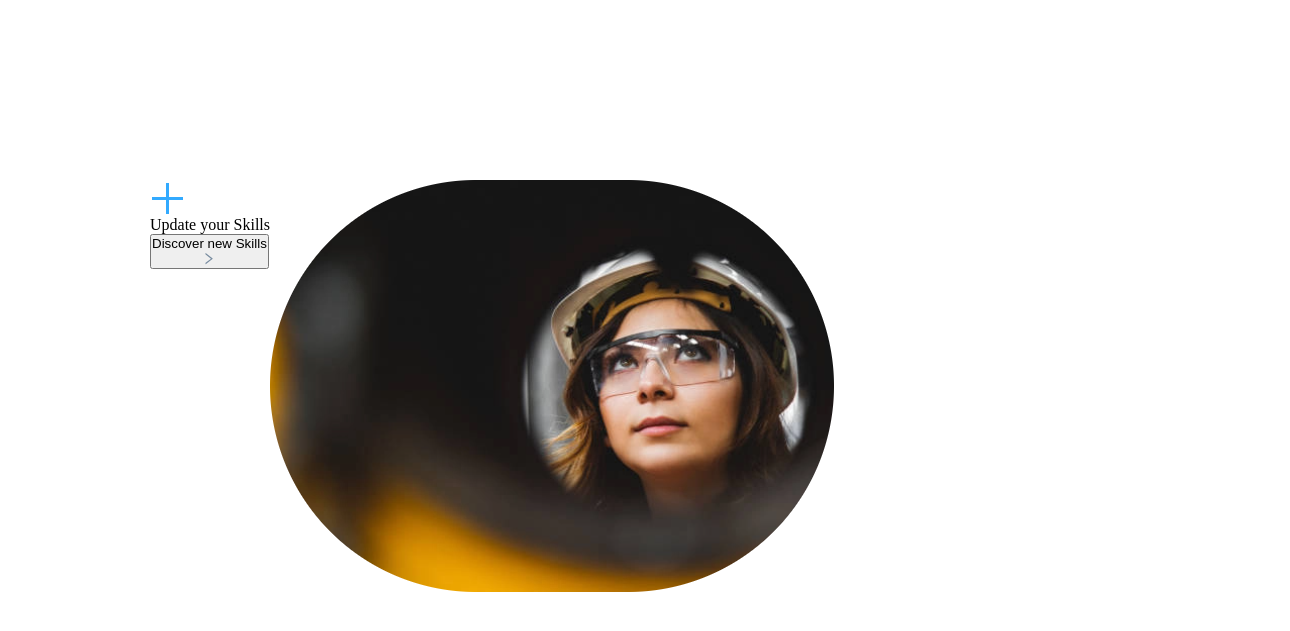
Repository: shekharyadav638/OSL_Assignment_1
Page: index.html
These files come from the project's save history. The page is drawn as it stood at one moment and after the next save; the edit follows.
The browser window is 1280 px wide. The page is 1290 px wide, so the pictures cover 1290 px, including what lies to the right of the window. The pictures show the whole page.
The style sheet was rebuilt from its Sass, Less or Tailwind sources for each picture, by a compiler version that may differ from the author's.

Above is the page before, as saved 2024-07-14 22:33:12.

### index.html
<!DOCTYPE html PUBLIC "-//W3C//DTD HTML 4.01 Transitional//EN" "http://www.w3.org/TR/html4/loose.dtd">
<html>
  <head>
    <meta http-equiv="Content-Type" content="text/html; charset=ISO-8859-1" />
    <title>Assignment 1</title>
    <link rel="stylesheet" href="style.css" />
    <link rel="preconnect" href="https://fonts.googleapis.com" />
    <link rel="preconnect" href="https://fonts.gstatic.com" crossorigin />
    <link
      href="https://fonts.googleapis.com/css2?family=Montserrat:ital,wght@0,100..900;1,100..900&display=swap"
      rel="stylesheet"
    />
  </head>
  <body>
    <!-- <header>
      <div class="header">
        <div class="header_left">
          <div class="header_left_logo"></div>
          <span class="header_left_title">Thinkin Blue</span>
        </div>
        <div class="header_right">
          <ul class="header_right_list">
            <li class="header_right_list_item">
              <a href="#">Home</a>
            </li>
            <li class="header_right_list_item"><a href="#">About Us</a></li>
            <li class="header_right_list_item"><a href="#">Work</a></li>
            <li class="header_right_list_item">
              <a href="#">ThinkinBlue Business</a>
            </li>
          </ul>
          <button class="header_right_btn">Login</button>
        </div>
      </div>
    </header>
    <section class="banner">
      <div class="banner_left">
       <p class="banner_left_text">The career network <br> for workers</p>
       <div class="banner_left_input">
        <input type="text" placeholder="Search Better Opportunites" class="banner_left_input_box"></input>
        <img src="img/location.svg" alt="location-icon" class="banner_left_input_icon">
       </div>
       <div class="banner_left_categories">
        <hr>
        <div class="banner_left_categories_title">100+ Job Opportunities</div>
        <div class="banner_left_categories_list">
          <div class="banner_left_categories_list_above">
            <div class="banner_left_categories_list_above_item"> Precision Production</div>
            <div class="banner_left_categories_list_above_item"> Helpers</div>
            <div class="banner_left_categories_list_above_item"> Front-line Supervisors</div>
            <div class="banner_left_categories_list_above_item"> Machine operators & Supervisors</div>
          </div>
          <div class="banner_left_categories_list_below">
            <div class="banner_left_categories_list_below_item"> Machine operators</div>
            <div class="banner_left_categories_list_below_item"> Handlers</div>
            <div class="banner_left_categories_list_below_item"> Transportation & moving occupations</div>
            <div class="banner_left_categories_list_below_item"> See all</div>
          </div>
        </div>
        <div >
          <button class="banner_left_categories_button">Join ThinkinBlue</button>
        </div>
       </div>
      </div>
      <div class="banner_right">
        <img src="img/banner_right.png" alt="banner_right" class="banner_right_img"></img>
      </div>
    </section>
    <section class="hiring">
      <div class="hiring_top">
        <div class="hiring_top_icon">
          <img src="img/plus_icon.svg" alt="plus_icon" />
        </div>
        <div class="hiring_top_heading">From the Community</div>
      </div>
      <div class="hiring_body">
        <div class="hiring_body_img">
          <img src="img/hiring.jpeg" alt="hiring" />
        </div>
        <div class="hiring_body_img">
          <img src="img/hiring.jpeg" alt="hiring" />
        </div>
        <div class="hiring_body_img">
          <img src="img/hiring.jpeg" alt="hiring" />
        </div>
        <div class="hiring_body_img">
          <img src="img/hiring.jpeg" alt="hiring" />
        </div>
      </div>
      <div class="hiring_footer">
        <div class="hiring_footer_slide">
          <div class="hiring_footer_slide_1"></div>
          <div class="hiring_footer_slide_2"></div>
          <div class="hiring_footer_slide_2"></div>
          <div class="hiring_footer_slide_2"></div>
        </div>
        <div class="hiring_footer_btn">
          <button>
            <div class="hiring_footer_btn_text">See more</div>
            <div class="hiring_footer_btn_icon">
              <img src="img/right_arrow.svg" alt="arrow" />
            </div>
          </button>
        </div>
      </div>
    </section>
    <section class="features">
      <div class="features_top">
        <div class="features_top_icon">
          <img src="img/plus_icon.svg" alt="plus_icon" />
        </div>
        <div class="features_top_heading">Features</div>
      </div>
      <div class="features_body">
        <div class="features_body_1">
          <div class="features_body_img">
            <img src="img/feature_1.png" alt="feature" />
          </div>
          <div class="features_body_text">Build Connections</div>
        </div>
        <div class="features_body_1">
          <div class="features_body_img">
            <img src="img/feature_2.png" alt="feature" />
          </div>
          <div class="features_body_text">Simple & Easy to Use</div>
        </div>
        <div class="features_body_1">
          <div class="features_body_img">
            <img src="img/feature_3.png" alt="feature" />
          </div>
          <div class="features_body_text">Built for Workers</div>
        </div>
        <div class="features_body_1">
          <div class="features_body_img">
            <img src="img/feature_4.png" alt="feature" />
          </div>
          <div class="features_body_text">Career Development</div>
        </div>
      </div>
    </section> -->
    <!-- <section class="group">
      <div class="group_top">
        <div class="group_top_icon">
          <img src="img/plus_icon.svg" alt="plus_icon" />
        </div>
        <div class="group_top_heading">Find a Group</div>
      </div>
      <div class="group_body">
        <div class="group_body_item">
          <div class="group_body_item_img"> <img src="img/group.png" alt="group" /></div>
          <div class="group_body_item_title">Front-line Supervisors</div>
          <div class="group_body_item_bottom">Front-line Supervisors</div>
          <div class="group_body_item_members">
            <img src="img/member.png" alt="member" class="group_body_item_members_img"></img>
            <div class="group_body_item_members_text">180 <span>users</span></div>
          </div>
          <button class="group_body_item_btn">CONNECT</button>
        </div>
        <div class="group_body_item">
          <div class="group_body_item_img"> <img src="img/group.png" alt="group" /></div>
          <div class="group_body_item_title">Front-line Supervisors</div>
          <div class="group_body_item_bottom">Front-line Supervisors</div>
          <div class="group_body_item_members">
            <img src="img/member.png" alt="member" class="group_body_item_members_img"></img>
            <div class="group_body_item_members_text">180 <span>users</span></div>
          </div>
          <button class="group_body_item_btn">CONNECT</button>
        </div>
        <div class="group_body_item">
          <div class="group_body_item_img"> <img src="img/group.png" alt="group" /></div>
          <div class="group_body_item_title">Front-line Supervisors</div>
          <div class="group_body_item_bottom">Front-line Supervisors</div>
          <div class="group_body_item_members">
            <img src="img/member.png" alt="member" class="group_body_item_members_img"></img>
            <div class="group_body_item_members_text">180 <span>users</span></div>
          </div>
          <button class="group_body_item_btn">CONNECT</button>
        </div>
        <div class="group_body_item">
          <div class="group_body_item_img"> <img src="img/group.png" alt="group" /></div>
          <div class="group_body_item_title">Front-line Supervisors</div>
          <div class="group_body_item_bottom">Front-line Supervisors</div>
          <div class="group_body_item_members">
            <img src="img/member.png" alt="member" class="group_body_item_members_img"></img>
            <div class="group_body_item_members_text">180 <span>users</span></div>
          </div>
          <button class="group_body_item_btn">CONNECT</button>
        </div>
      </div>
        <div class="group_footer_btn">
          <button>
            <div class="group_footer_btn_text">Explore Groups</div>
            <div class="group_footer_btn_icon">
              <img src="img/right_arrow.svg" alt="arrow" />
            </div>
          </button>
        </div>
      </div>
    </section> -->
    <!-- <section class="skills">
      <div class="skills_top">
        <div class="skills_top_icon">
          <img src="img/plus_icon.svg" alt="plus_icon" />
        </div>
        <div class="skills_top_heading">Update your Skills</div>
      </div>
      <div class="skills_body">
        <div class="skills_body_item">
          <div class="skills_body_item_title">Skill Name title long title (ABC)</div>
          <div class="skills_body_item_mid">
            <img src="img/path_7.svg" alt="member" class="group_body_item_mid_img"></img>
            <div class="skills_body_item_mid_text"><span>Recommended for you</span></div>
          </div>
          <div class="skills_body_item_para"><p>lorem ipsum doler set amet et color un seva doler set amet et color unacional.</p></div>
          <button class="skills_body_item_btn">CONNECT</button>
        </div>
        <div class="skills_body_item">
          <div class="skills_body_item_title">Skill Name title long title (ABC)</div>
          <div class="skills_body_item_mid">
            <img src="img/path_7.svg" alt="member" class="group_body_item_mid_img"></img>
            <div class="skills_body_item_mid_text"><span>Recommended for you</span></div>
          </div>
          <div class="skills_body_item_para"><p>lorem ipsum doler set amet et color un seva doler set amet et color unacional.</p></div>
          <button class="skills_body_item_btn">CONNECT</button>
        </div>
        <div class="skills_body_item">
          <div class="skills_body_item_title">Skill Name title long title (ABC)</div>
          <div class="skills_body_item_mid">
            <img src="img/path_7.svg" alt="member" class="group_body_item_mid_img"></img>
            <div class="skills_body_item_mid_text"><span>Recommended for you</span></div>
          </div>
          <div class="skills_body_item_para"><p>lorem ipsum doler set amet et color un seva doler set amet et color unacional.</p></div>
          <button class="skills_body_item_btn">CONNECT</button>
        </div>
        <div class="skills_body_item">
          <div class="skills_body_item_title">Skill Name title long title (ABC)</div>
          <div class="skills_body_item_mid">
            <img src="img/path_7.svg" alt="member" class="group_body_item_mid_img"></img>
            <div class="skills_body_item_mid_text"><span>Recommended for you</span></div>
          </div>
          <div class="skills_body_item_para"><p>lorem ipsum doler set amet et color un seva doler set amet et color unacional.</p></div>
          <button class="skills_body_item_btn">CONNECT</button>
        </div>
      </div>
        <div class="skills_footer_btn">
          <button>
            <div class="skills_footer_btn_text">Discover new Skills</div>
            <div class="skills_footer_btn_icon">
              <img src="img/right_arrow.svg" alt="arrow" />
            </div>
          </button>
        </div>
      </div>
    </section> -->
    <section class="career">
      <div class="career_left">
        <div class="career_left_top">
          <div class="career_left_top_icon">
            <img src="img/plus_icon.svg" alt="plus_icon" />
          </div>
          <div class="career_left_top_heading">Update your Skills</div>
        </div>
        <div class="career_left_para"></div>
        <div class="career_left_btn">
          <button>
            <div class="career_left_btn_text">Discover new Skills</div>
            <div class="career_left_btn_icon">
              <img src="img/right_arrow.svg" alt="arrow" />
            </div>
          </button>
        </div>
      </div>
      <div class="career_right">
        <img src="img/career.png" alt="career" />
      </div>
    </section>
  </body>
</html>

### style.scss
* {
  margin: 0;
  padding: 0;
}
.body {
  width: 1440px;
  opacity: 1;
  overflow-x: hidden;
}

@import "header";
@import "banner";
@import "hiring";
@import "features";
@import "group";
@import "skills";
@import "career";

### header.scss
.header {
  background: transparent;
  position: fixed;
  display: flex;
  align-content: center;
  width: 1140px;
  height: 86px;
  opacity: 1;
  margin: 16px 150px;
  &_left {
    align-items: center;
    display: flex;
    opacity: 1;

    &_logo {
      width: 52px;
      height: 52px;
      background: #ffffff 0% 0% no-repeat padding-box;
      opacity: 1;
    }

    &_title {
      padding-left: 5px;
      text-align: left;
      font: normal normal bold 21px/28px Segoe UI;
      width: 113px;
      height: 28px;
      letter-spacing: 0px;
      color: #150303;
      opacity: 1;
    }
  }

  &_right {
    margin-left: 261px;
    align-items: center;
    display: flex;
    gap: 66px;
    &_list {
      list-style: none;
      display: flex;
      gap: 76px;
      align-items: center;

      &_item {
        text-align: left;
        font: normal normal normal 14px/11px Montserrat;
        letter-spacing: 0px;
        padding: 17px 0;
        color: #ffffff;
        opacity: 1;
      }
    }
    &_btn {
      background: #ffc832 0% 0% no-repeat padding-box;
      border-radius: 4px;
      opacity: 1;
      padding: 8px 33px;
      text-align: left;
      font: normal normal 600 18px Montserrat;
      letter-spacing: 0px;
      color: #05416e;
      opacity: 1;
    }
  }
}

.banner {
  &_img {
    width: 100%;
    height: 100%;
    background-position: center;
  }
}

### _hiring.scss
.hiring {
  margin: 180px 150px;
  margin-bottom: 0;

  &_top {
    display: flex;
    flex-direction: column;
    width: 411px;
    margin-bottom: 60px;
    &_icon {
      width: 36px;
      height: 36px;
    }

    &_heading {
      margin-left: 36px;
      width: 375px;
      height: 40px;
      font: normal normal bold 40px/54px Adobe Caslon Pro;
      letter-spacing: 0px;
      color: #000000;
      opacity: 1;
    }
  }

  &_body {
    display: flex;
    justify-content: space-between;
    &_img {
      & img {
        width: 276px;
        height: 308px;
        border-radius: 4px;
        opacity: 1;
      }
    }
  }

  &_footer {
    margin-top: 60px;

    &_slide {
      display: flex;
      width: 180px;
      height: 10px;
      justify-content: space-between;
      margin-left: 480px;
      &_1 {
        width: 32px;
        height: 6px;
        background: #32aaff 0% 0% no-repeat padding-box;
        border-radius: 2px;
        opacity: 1;
      }
      &_2 {
        width: 32px;
        height: 6px;
        background: #05416e 0% 0% no-repeat padding-box;
        border-radius: 2px;
        opacity: 1;
      }
    }

    &_btn {
      margin-top: 20px;
      display: flex;
      align-items: center;
      justify-content: center;

      & button {
        width: 159px;
        height: 40px;
        background: #ffffff 0% 0% no-repeat padding-box;
        border: 1px solid #05416e;
        border-radius: 4px;
        opacity: 1;
        padding-left: 20px;
        padding-right: 20px;
        padding-top: 8.47px;
        display: flex;
        justify-content: space-between;
      }
      &_text {
        width: 88px;
        height: 22px;
        font: normal normal 600 18px/17px Montserrat;
        letter-spacing: 0px;
        color: #05416e;
      }
      &_icon {
        width: 16px;
        height: 16px;
      }
    }
  }
}

### _features.scss
.features {
  margin: 180px 150px;
  margin-bottom: 0;

  &_top {
    display: flex;
    flex-direction: column;
    width: 411px;
    margin-bottom: 60px;
    &_icon {
      width: 31px;
      height: 31px;
    }

    &_heading {
      margin-left: 36px;
      width: 144px;
      height: 40px;
      font: normal normal bold 40px/54px Adobe Caslon Pro;
      letter-spacing: 0px;
      color: #000000;
      opacity: 1;
    }
  }

  &_body {
    display: flex;
    justify-content: space-between;

    &_1 {
      width: 270px;
      height: 308px;
      background: #f5f5f5 0% 0% no-repeat padding-box;
      border-radius: 4px;
      opacity: 1;
    }

    &_img {
      margin-top: 50px;
      width: 110px;
      height: 110px;
      margin-left: 79px;
    }

    &_text {
      margin-top: 25px;
      text-align: center;
      font: normal normal bold 25px/30px Montserrat;
      letter-spacing: 0px;
      color: #05416e;
      opacity: 1;
      padding: 0px 52px;
    }
  }
}

### _group.scss
.group {
  margin: 180px 150px;
  margin-bottom: 0;

  &_top {
    display: flex;
    flex-direction: column;
    width: 411px;
    margin-bottom: 60px;
    &_icon {
      width: 36px;
      height: 36px;
    }

    &_heading {
      margin-left: 36px;
      width: 375px;
      height: 40px;
      font: normal normal bold 40px/54px Adobe Caslon Pro;
      letter-spacing: 0px;
      color: #000000;
      opacity: 1;
    }
  }

  &_body {
    display: flex;
    justify-content: space-between;

    &_item {
      height: 308px;
      width: 270px;
      &_img {
        & img {
          width: 270px;
          height: 153px;
          border-radius: 4px 4px 0px 0px;
          opacity: 1;
        }
      }
      &_title {
        width: 209px;
        height: 22px;
        font: normal normal bold 16px/24px Montserrat;
        letter-spacing: 0px;
        color: #000000;
        opacity: 1;
        margin-top: 15px;
      }

      &_bottom {
        height: 13px;
        font: normal normal normal 10px Montserrat;
        letter-spacing: 0px;
        color: #d0b6b6;
        opacity: 1;
      }

      &_members {
        margin-top: 15px;
        margin-bottom: 16px;
        display: flex;
        align-items: center;
        &_img {
          width: 23px;
          height: 24px;
          border: 1px solid #ffffff;
          opacity: 1;
        }

        &_text {
          margin-left: 4px;
          height: 13px;
          font: normal normal 600 10px/13px Montserrat;
          text-align: left;
          letter-spacing: 0px;
          color: #000000;
          opacity: 1;
          & span {
            font: normal normal normal 10px/13px Montserrat;
          }
        }
      }

      &_btn {
        border: 1px solid #ebebeb;
        border-radius: 0px 0px 4px 4px;
        padding: 14px 0;
        padding-left: 89px;
        width: 270px;
        height: 50px;
        text-align: left;
        font: normal normal bold 18px/24px Montserrat;
        letter-spacing: 0px;
        color: #32aaff;
        opacity: 1;
      }
    }
  }

  &_footer {
    &_btn {
      margin-top: 60px;
      display: flex;
      align-items: center;
      justify-content: center;

      & button {
        width: 215px;
        height: 40px;
        background: #ffffff 0% 0% no-repeat padding-box;
        border: 1px solid #05416e;
        border-radius: 4px;
        opacity: 1;
        padding-left: 20px;
        padding-right: 20px;
        align-items: center;
        display: flex;
        justify-content: space-between;
      }
      &_text {
        font: normal normal 600 18px/17px Montserrat;
        letter-spacing: 0px;
        color: #05416e;
        width: 142px;
        height: 22px;
      }
      &_icon {
        margin-left: 15px;
        width: 17px;
        height: 16px;
      }
    }
  }
}

### _skills.scss
.skills {
  margin: 180px 150px;
  margin-bottom: 0;
  height: 308px;
  width: 270px;

  &_top {
    display: flex;
    flex-direction: column;
    width: 411px;
    margin-bottom: 60px;
    &_icon {
      width: 36px;
      height: 36px;
    }

    &_heading {
      margin-left: 36px;
      width: 375px;
      height: 40px;
      font: normal normal bold 40px/54px Adobe Caslon Pro;
      letter-spacing: 0px;
      color: #000000;
      opacity: 1;
    }
  }

  &_body {
    display: flex;
    gap: 19px;

    &_item {
      background-color: #32aaff;
      padding-top: 20px;
      &_title {
        padding-left: 20px;
        width: 207px;
        height: 60px;
        text-align: left;
        font: normal normal bold 25px/30px Montserrat;
        letter-spacing: 0px;
        color: #f5f5f5;
        opacity: 1;
      }

      &_mid {
        margin-top: 30px;
        margin-left: 20px;
        display: flex;
        &_img {
          width: 15px;
          height: 20px;
        }
        &_text {
          margin-left: 5px;
          text-align: left;
          font: normal normal normal 12px/15px Montserrat;
          letter-spacing: 0px;
          color: #ffffff;
          opacity: 1;
        }
      }

      &_para {
        margin: 30px 20px;
        width: 230px;
        height: 64px;
        text-align: left;
        font: normal normal normal 14px/16px Montserrat;
        letter-spacing: 0px;
        color: #ffffff;
        opacity: 1;
      }

      &_btn {
        margin: 0 4px;
        margin-bottom: 4px;
        background: transparent 0% 0% no-repeat padding-box;
        box-shadow: 0px 3px 6px #00000029;
        border: 1px solid #ffffff;
        border-radius: 4px;
        padding: 14px 0;
        padding-left: 89px;
        width: 270px;
        height: 50px;
        text-align: left;
        font: normal normal bold 18px/24px Montserrat;
        letter-spacing: 0px;
        color: #ffffff;
        opacity: 1;
      }
    }
  }

  &_footer {
    &_btn {
      margin-top: 60px;
      margin-left: 593px;
      display: flex;
      align-items: center;
      justify-content: center;

      & button {
        width: 254px;
        height: 40px;
        background: #ffffff 0% 0% no-repeat padding-box;
        border: 1px solid #05416e;
        border-radius: 4px;
        opacity: 1;
        padding-left: 20px;
        padding-right: 20px;
        align-items: center;
        display: flex;
        justify-content: space-between;
      }
      &_text {
        font: normal normal 600 18px/17px Montserrat;
        letter-spacing: 0px;
        color: #05416e;
        width: 180px;
        height: 22px;
      }
      &_icon {
        margin-left: 15px;
        width: 17px;
        height: 16px;
      }
    }
  }
}

### _career.scss
.career {
  margin: 180px 150px;
  margin-bottom: 0;
  height: 412px;
  width: 1140px;
  display: flex;

  &_left {
  }

  &_right {
    width: 564px;
    height: 412px;
  }
}

Loaded but not shown: _banner.scss (142 lines, source omitted)

After the next save:
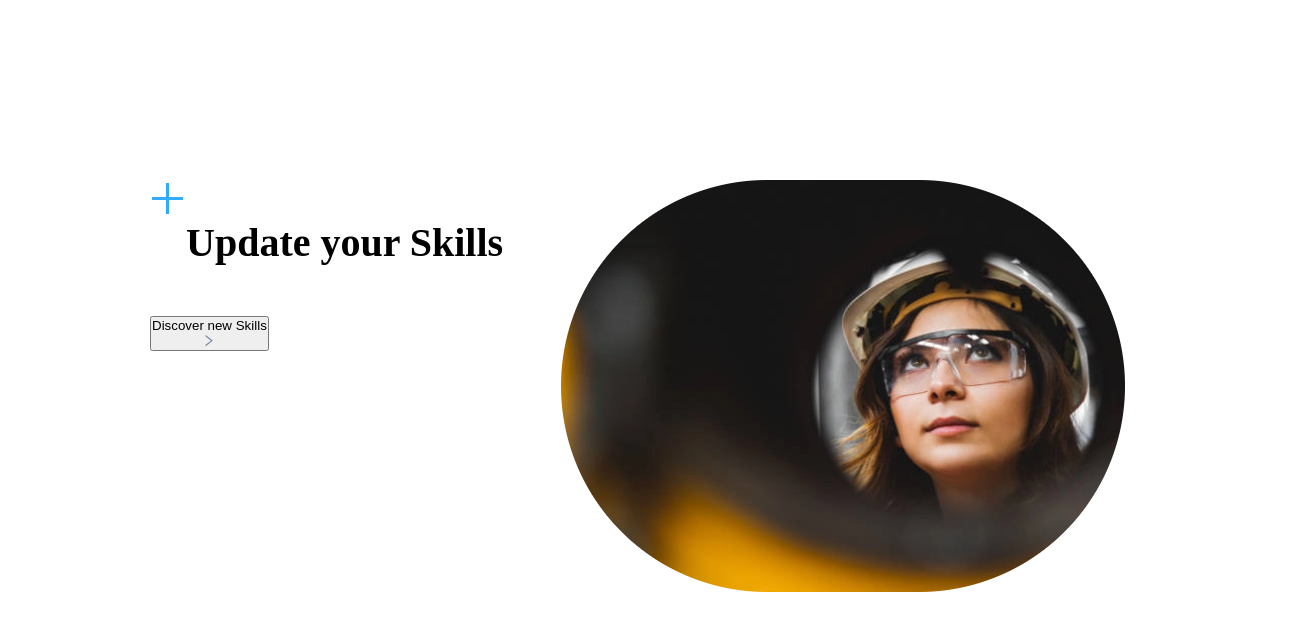
Saved 38 s later.
--- a/_career.scss
+++ b/_career.scss
@@ -6,6 +6,26 @@
   display: flex;
 
   &_left {
+    &_top {
+      display: flex;
+      flex-direction: column;
+      width: 411px;
+      margin-bottom: 60px;
+      &_icon {
+        width: 36px;
+        height: 36px;
+      }
+
+      &_heading {
+        margin-left: 36px;
+        width: 375px;
+        height: 40px;
+        font: normal normal bold 40px/54px Adobe Caslon Pro;
+        letter-spacing: 0px;
+        color: #000000;
+        opacity: 1;
+      }
+    }
   }
 
   &_right {
